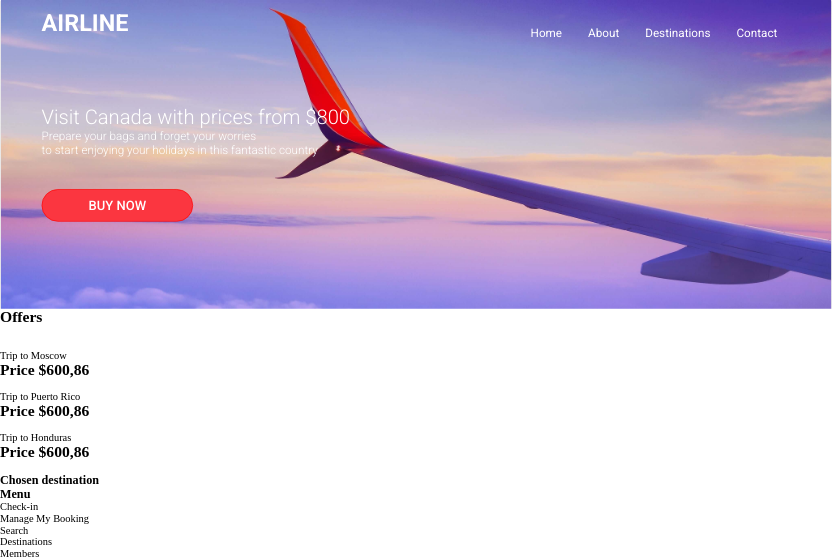
Repository: Cherced/AIRLINES
Page: /
An editor plug-in stored every save of this project. The page is shown before and after the next save, followed by the edit.
The browser window is 1280 px wide. The pictures show the whole page, at 65% of full size.
The project was rebuilt for these pictures with package versions that can differ from the ones it lists, and the page was loaded fresh each time. The framework's server and built-in components were replaced by stand-ins that run in the browser. Also part of the build but not shown: components/atoms/Footer/SocialMedia.jsx, components/atoms/Footer/MoreToUs.jsx, components/molecules/Footer.jsx.

Above is the page before, as saved 2022-06-30 13:51:01.

After the next save:
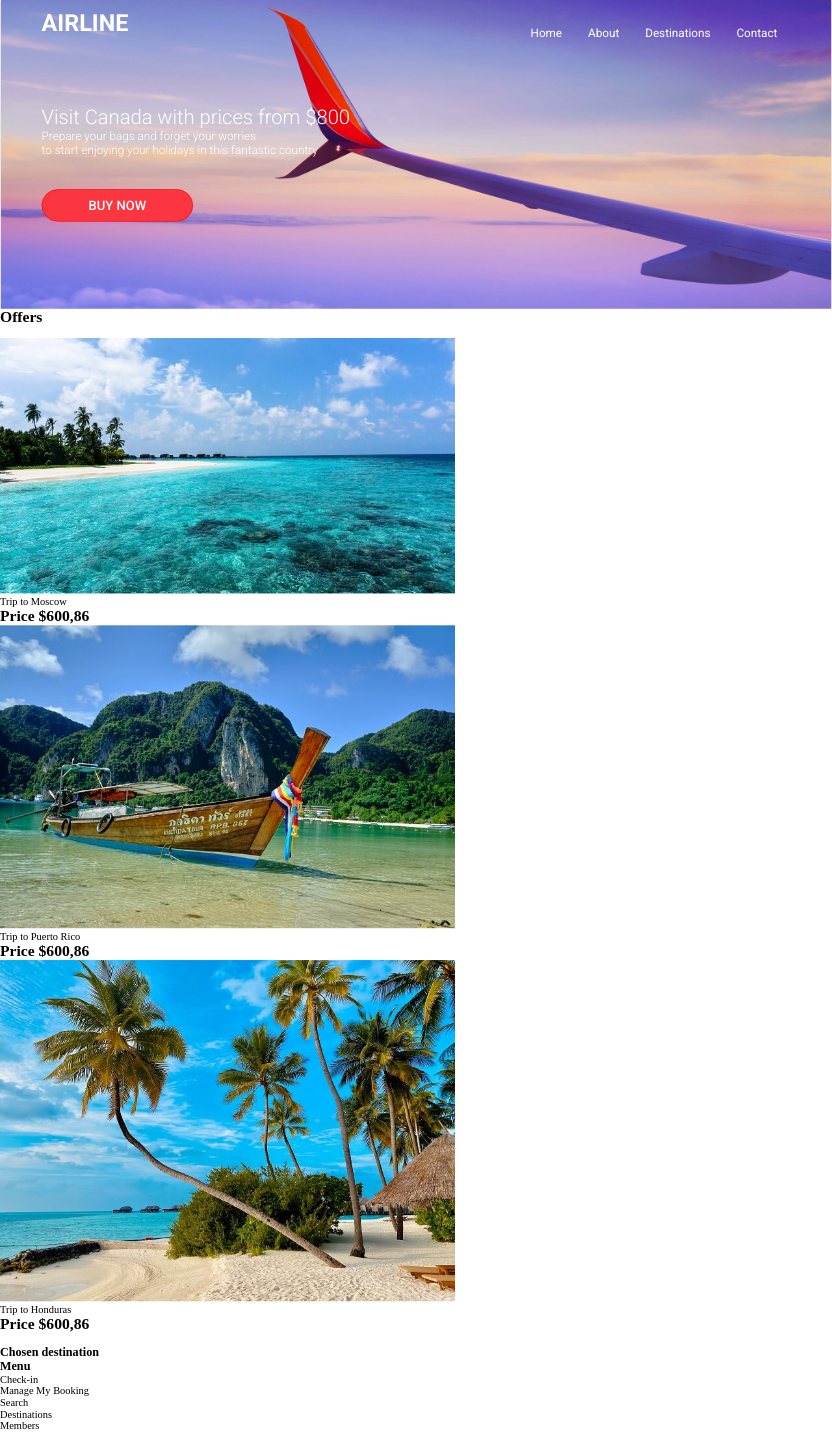
Saved 4 min 1 s later.
--- a/components/atoms/Offerts/TripsOffer.jsx
+++ b/components/atoms/Offerts/TripsOffer.jsx
@@ -4,7 +4,7 @@ export const TripsOffer = () => {
   return (
     <div className="promotional-Cards--Container">
         <div className="promotionalCard">
-            <img src="" alt=""/>
+            <img src="/images/moscow.jpg" alt="moscu"/>
             <div className="promotionalCard--Info">
                 <p>
                 Trip to Moscow
@@ -13,7 +13,7 @@ export const TripsOffer = () => {
             </div>
         </div>
         <div className="promotionalCard">
-            <img src="" alt=""/>
+            <img src="/images/puerto-rico.jpg" alt="puerrtorro"/>
             <div className="promotionalCard--Info">
                 <p>
                 Trip to Puerto Rico
@@ -22,7 +22,7 @@ export const TripsOffer = () => {
             </div>
         </div>
         <div className="promotionalCard">
-            <img src="" alt=""/>
+            <img src="/images/honduras.jpg" alt="honduras"/>
             <div className="promotionalCard--Info">
                 <p>
                 Trip to Honduras
